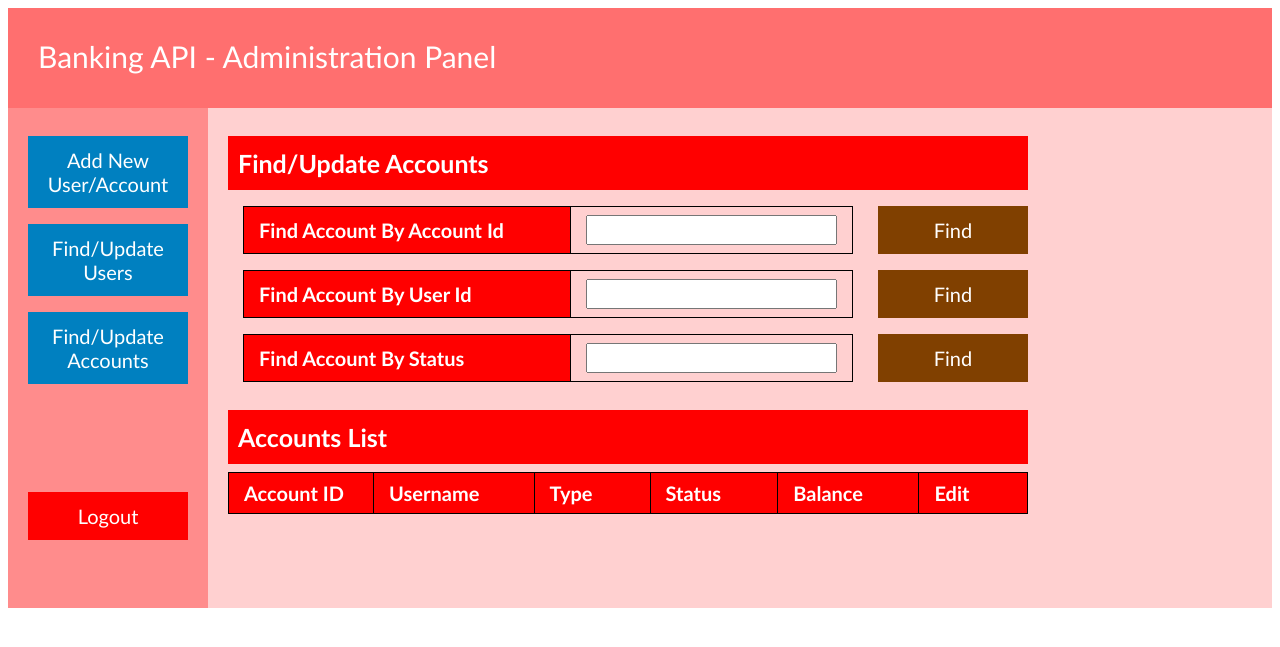
Repository: kennyufish/Revature_ROCP1_Project_Banking_API
Page: http://localhost/banking_api/findUpdateAccounts
These files come from the project's save history. The page is drawn as it stood at one moment and after a run of saves; the edit follows.
The browser window is 1280 px wide. The pictures show the whole page.
The page is served by Tomcat 9. Other server files are loaded and not shown. Queries for data that is not in the repository find no rows.

Above is the page before, as saved 2020-10-14 15:29:25.

### banking_api/src/main/webapp/adminInfo.html
<!DOCTYPE html>
<html>
<head>
<meta charset="ISO-8859-1">
<meta name="viewport" content="width=device-wirdth, initial-scale=1">
<link rel="stylesheet" type="text/css" href="bankapi.css"/>
<style>
* {
	font-size: 20px;
}
header{
	background-color: #ff3333;
}
.subHeading1, th {
	background-color: #ff0000;
}
nav{
	background-color: #ff8c8c;
}
article{
	background-color: #ffd0d0;
}
button {
	background-color: #0080c0;
}
</style>
<title>Admin/Employee Panel</title>
</head>
<body>
	<header>Banking API - Administration Panel</header>
	<section>
		<nav >
			<form action="addUserAccount" method="post">
				<button type="submit">Add New User/Account</button>
			</form>
			<form action="findUpdateUsers" method="get">
				<button type="submit">Find/Update Users</button>
			</form>
			<form action="findUpdateAccounts" method="get">
				<button type="submit">Find/Update Accounts</button>
			</form>
			<form action="logout" method="post">
				<button class="logoutButton" style="margin-top:100px;" type="submit">Logout</button>
			</form>
		</nav>
	</section>

</body>
</html>

### banking_api/src/main/java/com/app/banking/controller/FindUpdateAccountsController.java
package com.app.banking.controller;

import java.io.IOException;
import java.io.PrintWriter;
import java.text.NumberFormat;
import java.util.List;
import java.util.Locale;

import javax.servlet.RequestDispatcher;
import javax.servlet.ServletException;
import javax.servlet.http.HttpServlet;
import javax.servlet.http.HttpServletRequest;
import javax.servlet.http.HttpServletResponse;

import com.app.banking.exception.BusinessException;
import com.app.banking.model.Account;
import com.app.banking.service.AccountInforService;
import com.app.banking.service.AccountInforServiceImpl;

/**
 * Servlet implementation class FindUpdateAccountsController
 */
public class FindUpdateAccountsController extends HttpServlet {
	private static final long serialVersionUID = 1L;

    /**
     * @see HttpServlet#HttpServlet()
     */
    public FindUpdateAccountsController() {
        super();
        // TODO Auto-generated constructor stub
    }

	/**
	 * @see HttpServlet#doGet(HttpServletRequest request, HttpServletResponse response)
	 */
	protected void doGet(HttpServletRequest request, HttpServletResponse response) throws ServletException, IOException {

		//need a session security, add once all functions are done session=null->no access
		response.setContentType("text/html");
		RequestDispatcher requestDispatcher = null;
		PrintWriter out = response.getWriter();

		requestDispatcher = request.getRequestDispatcher("adminInfo.html");
		requestDispatcher.include(request, response);

		try {
			AccountInforService accountService = new AccountInforServiceImpl();
			List<Account> accountList = accountService.getAllAccounts();

			out.print("<article>");

			//find account by id block
			out.print("<div><h1 class='subHeading1'>Find/Update Accounts</h1>");
			out.print("<form action='findAccountById' method='get'>");
			out.print("<table class='findBar'><tr><th>Find Account By Account Id</th>");
			out.print("<td><input style='width:100%' type='number' min='0' step='1' name='accountId' required /></td></tr></table>");
			out.print("<button class='smallButton findButton' type='submit' name='findAccountById'>Find</button></div>");
			out.print("</form>");
			out.print("<br><br>");
			//find account by id block
			out.print("<form action='findAccountByUserId' method='get'>");
			out.print("<table class='findBar'><tr><th>Find Account By User Id</th>");
			out.print("<td><input style='width:100%' type='number' min='0' step='1' name='accountId' required /></td></tr></table>");
			out.print("<button class='smallButton findButton' type='submit' name='findAccountByUserId'>Find</button></div>");
			out.print("</form>");
			out.print("<br><br>");
			//find account by Status block
			out.print("<form action='findAccountByStatus' method='get'>");
			out.print("<table class='findBar'><tr><th>Find Account By Status</th>");
			out.print("<td><input style='width:100%' type='number' min='0' step='1' name='accountId' required /></td></tr></table>");
			out.print("<button class='smallButton findButton' type='submit' name='findAccountByStatus'>Find</button></div>");
			out.print("</form>");
			out.print("<br><br>");
			//
			out.print("<br><br>");
			//show all account list block
			out.print("<div><h1 class='subHeading1' style='margin-top:20px;'>Accounts List</h1></div>");
			out.print("<div class='smallFont'><table><tr><th>Account ID</th><th>Username</th><th>Type</th><th>Status</th><th>Balance</th>");

			//access controller implement later role == admin
			boolean access = true;
			if (access == true) {
				out.print("<th>Edit</th>");
			}
			out.print("</tr>");
			//list users;
			for(int i = 0; i < accountList.size();i++) {
				Account account = accountList.get(i);

				out.print("<tr>");
				out.print("<td>"+account.getAccountId()+"</td>");
				out.print("<td>"+account.getUsername()+"</td>");
				out.print("<td>"+account.getType().getType()+"</td>");
				out.print("<td>"+account.getStatus().getStatus()+"</td>");

				//CONVERT balance TO currency
				NumberFormat n = NumberFormat.getCurrencyInstance(Locale.US);
				String convertedBalance = n.format(account.getBalance());
				out.print("<td>" + convertedBalance + "</td></td>");

				//access controller implement later
				if (access == true) {
					out.print("<form action='viewAccontInfo' method='post'>");
					//pass in parameter
					out.print("<input type='hidden' name='accountId' value='"+account.getAccountId()+"'>");
					out.print("<td><button type='submit'>Edit</button></td></form>");
				}
				out.print("</tr>");

			}
			out.print("</table><div></article>");
		}catch (BusinessException e) {
			requestDispatcher = request.getRequestDispatcher("adminInfo.html");
			requestDispatcher.include(request, response);
			out.print("<center><span style='color:red;'>" + e.getMessage() + "</span></center>");
		}catch (NullPointerException e) {
			//requestDispatcher = request.getRequestDispatcher("adminInfo.html");
			response.setStatus(HttpServletResponse.SC_UNAUTHORIZED);
			out.print("<div><h1 class='topNoticeWarning'>*The requested action is not permitted*<h1></div>");
			//requestDispatcher.include(request, response);
		}
	}

	/**
	 * @see HttpServlet#doPost(HttpServletRequest request, HttpServletResponse response)
	 */
	protected void doPost(HttpServletRequest request, HttpServletResponse response) throws ServletException, IOException {
		// TODO Auto-generated method stub
		doGet(request, response);
	}

}

### banking_api/src/main/java/com/app/banking/service/AccountInforServiceImpl.java
package com.app.banking.service;

import java.util.ArrayList;
import java.util.List;

import com.app.banking.dao.AccountDAO;
import com.app.banking.dao.AccountDAOImpl;
import com.app.banking.exception.BusinessException;
import com.app.banking.model.Account;

public class AccountInforServiceImpl implements AccountInforService {

	private AccountDAO accountDao = new AccountDAOImpl();

	@Override
	public Account getAccountById(int accountId) throws BusinessException {
		Account account = new Account();
		account = (Account) accountDao.getAccountById(accountId);
		return account;
	}

	@Override
	public boolean validateAccountById(int accountId) throws BusinessException {
		return accountDao.validateAccountById(accountId);
	}

	@Override
	public List<Account> getAllAccounts() throws BusinessException {
		List<Account> accountList = new ArrayList<Account>();
		accountList = accountDao.getAllAccounts();
		return accountList;
	}

	@Override
	public List<Account> getAccountsByUserId(int userId) throws BusinessException {
		List<Account> accountList = new ArrayList<Account>();
		accountList = accountDao.getAccountByUserId(userId);
		return accountList;
	}

	@Override
	public List<Account> getAccountsByStatusId(int statusId) throws BusinessException {
		List<Account> accountList = new ArrayList<Account>();
		accountList = accountDao.getAccountsByStatusId(statusId);
		return accountList;
	}

	@Override
	public boolean editAccountByAdmin(Account account) throws BusinessException {
		return accountDao.editAccountByAdmin(account);
	}

	@Override
	public int addAccount(Account account) throws BusinessException {
		return accountDao.addAccount(account);
	}

	@Override
	public boolean deleteAccountById(int accountId) throws BusinessException {
		return accountDao.deleteAccount(accountId);
	}

	@Override
	public boolean deleteAccountByUsername(String username) throws BusinessException {
		return accountDao.deleteAccountByUsername(username);
	}

}

### banking_api/src/main/java/com/app/banking/dao/AccountDAO.java
package com.app.banking.dao;

import java.util.List;

import com.app.banking.exception.BusinessException;
import com.app.banking.model.Account;

public interface AccountDAO {
	//user can have more than 1 acc
	public List<Account> getAccountByUsername(String username) throws BusinessException;

	public Account getAccountById(int accountId) throws BusinessException;

	public boolean depositAccountById(int accountId, double depositAmount) throws BusinessException;
	public boolean withdrawAccountById(int accountId, double withdrawAmount) throws BusinessException;
	public boolean transferAccountById(int sourceAccountId, int targetAccountId, double transferAmount) throws BusinessException;

	public boolean validateAccountById(int accountId) throws BusinessException;

	public List<Account> getAllAccounts() throws BusinessException;

	public List<Account> getAccountByUserId(int userId) throws BusinessException;

	public List<Account> getAccountsByStatusId(int statusId) throws BusinessException;

	public boolean editAccountByAdmin(Account account) throws BusinessException;

	public int addAccount(Account account) throws BusinessException;

	public boolean deleteAccount(int accountId) throws BusinessException;

	public boolean deleteAccountByUsername(String username) throws BusinessException;

}

### banking_api/src/main/java/com/app/banking/database/utility/MySqlConnection.java
package com.app.banking.database.utility;

import java.sql.Connection;
import java.sql.DriverManager;
import java.sql.SQLException;

public class MySqlConnection {

	private static Connection connection;

	public static Connection getConnection() throws ClassNotFoundException, SQLException {
		Class.forName("com.mysql.cj.jdbc.Driver");
		String url = "jdbc:mysql://localhost:3306/bankapi";
		String username = "root";
		String password = "passwrod1234";
		connection = DriverManager.getConnection(url, username, password);
		return connection;
	}
}
//SingleTon Java Class

### banking_api/src/main/webapp/bankapi.css
* {
	font-family: "Trebuchet MS", Arial, Helvetica, sans-serif;
	box-sizing: border-box;
}

.loginInput {
	width: 100%;
	padding: 10px 15px;
	margin: 8px 0;
	display: inline-block;
	boxing-sizing: border-box;
}

.loginLayout {
	font-size: 20px;
	background-color: powderblue;
	border: 2px solid black;
	padding: 30px;
	width: 35%;
	margin: 20px auto;
}

.topNoticeGreen {
	color: black;
	background-color: green;
	width: 100%;
	padding: 20px;
	text-align: center;
}

.topNoticeWarning {
	color: black;
	background-color: red;
	width: 100%;
	padding: 20px;
	text-align: center;
}

.topNoticeUpdateSuccess {
	color: white;
	background-color: green;
	width: 100%;
	padding: 20px;
	text-align:left;
}

.topNoticeUpdateFail {
	color: black;
	background-color: red;
	width: 100%;
	padding: 20px;
	text-align:left;
}

.userInfoHeader {
	background-color: #007AA6;
}

.userModifyInput {
	width: 100%;
}

.UserLayout {
	font-size: 20px;
	background-color: powderblue;
	border: 2px solid black;
	padding: 20px;
	width: 100%;
	height: 550px;
	margin: 0 auto;
}

.logoutButton {
	background-color: red;
	color: white;
	padding: 12px 15px;
	margin: 8px 0;
	border: none;
	cursor: pointer;
	width: 100%;
	margin-top: 150px;
}

.subHeading1 {
	font-size: 25px;
	background-color: #007AA6;
	color: white;
	padding: 12px 10px;
	margin: 8px 0;
	border: none;
	width: 800px;
	display: block;
}

.smallButton {
	background-color: #804000;
	color: white;
	padding: 12px 10px;
	margin: 8px 0;
	margin-right:8px;
	border: none;
	cursor: pointer;
	width: 150px;
}

.smallButtonFullWidth {
	background-color: #804000;
	color: white;
	padding: 12px 10px;
	margin: 8px 0;
	margin-right:8px;
	border: none;
	cursor: pointer;
	width: 100%;
}

.findBar{
	width: 640px;
	display: inline;
	float: left;
	border-style:hidden;
}

.findButton{
	float:left;
	margin-left:10px;
}

/*Common styling*/
header{
	opacity: 0.7;
	color: white;
	padding: 30px;
	font-size: 30px;
	height: 100px;
	width: 100%;
}
nav{
	float: left;
	width: 200px;
	background-color: #5BBCDF;
	padding: 20px;
	height: 500px;
}
article {
	witdth: 100%;
	height: 500px;
	background-color: powderblue;
	padding: 20px;
	margin-left: 200px;
	overflow: auto;
}

th {
	background-color: #007AA6;
	color: white;
}

tr:hover {
	background-color: #7FA574;
}

table, td, th {
	border-collapse: collapse;
	text-align: left;
	border: 1px solid black;
	padding: 8px 15px;
	width:800px;
}

button {
	background-color: #7FA574;
	color: white;
	padding: 12px 10px;
	margin: 8px 0;
	border: none;
	cursor: pointer;
	width: 100%;
}

button:hover {
	opacity: 0.7
}

Loaded but not shown: banking_api/src/main/java/com/app/banking/dao/AccountDAOImpl.java (384 lines, source omitted)

After the next 2 saves:
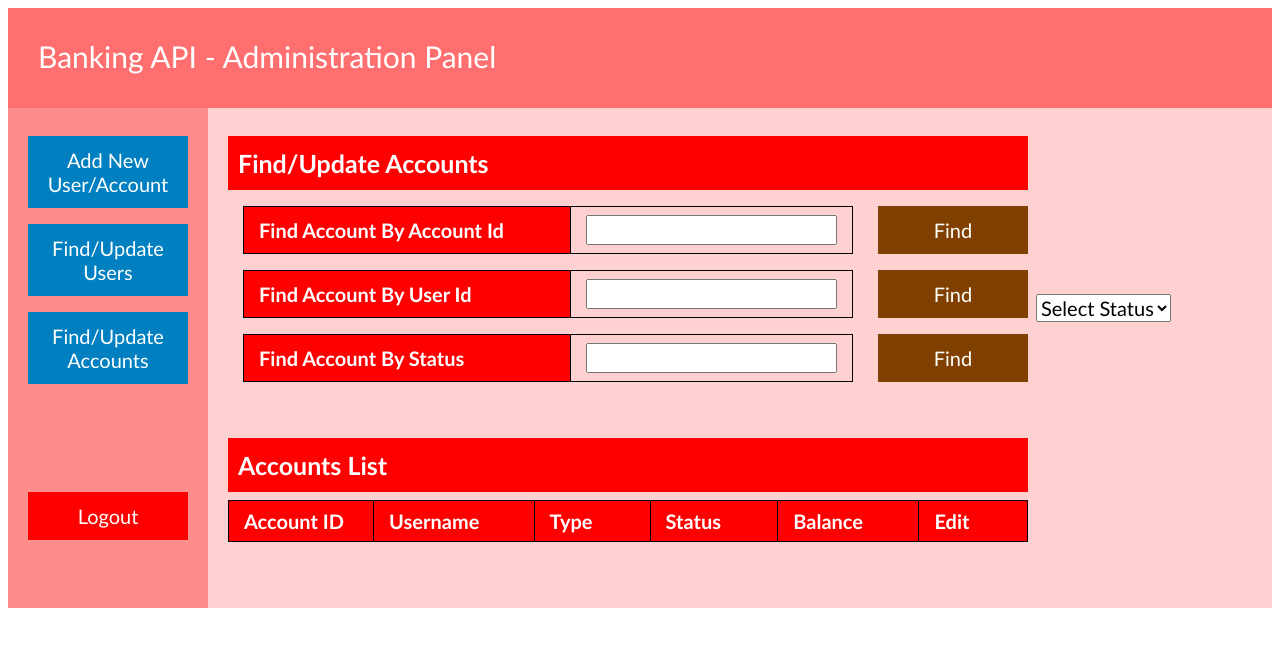
The 2 saves are shown as one change because 1 did not build or start.
The last was saved 43 min 4 s later.
--- a/banking_api/src/main/java/com/app/banking/controller/FindUpdateAccountsController.java
+++ b/banking_api/src/main/java/com/app/banking/controller/FindUpdateAccountsController.java
@@ -70,6 +70,13 @@ public class FindUpdateAccountsController extends HttpServlet {
 			out.print("<table class='findBar'><tr><th>Find Account By Status</th>");
 			out.print("<td><input style='width:100%' type='number' min='0' step='1' name='accountId' required /></td></tr></table>");
 			out.print("<button class='smallButton findButton' type='submit' name='findAccountByStatus'>Find</button></div>");
+			out.print("<td><select name='statusId'>");
+			out.print("<option value='' selected disabled hidden>Select Status</option> ");
+			out.print("<option value='1'>Pending</option>");
+			out.print("<option value='2'>Open</option>");
+			out.print("<option value='3'>Closed</option>");
+			out.print("<option value='4'>Denied</option>");
+			out.print("</select></td></tr>");
 			out.print("</form>");
 			out.print("<br><br>");
 			//
